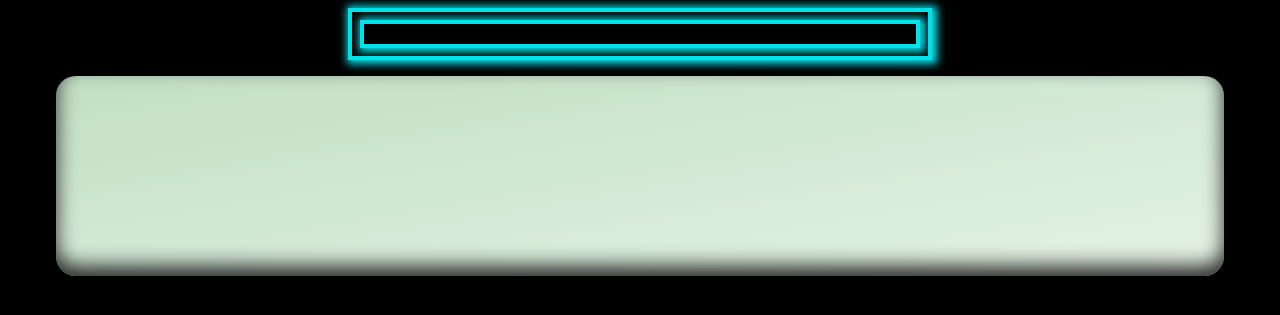
Repository: KhangNguyen3006/WebUI-UX
Page: /
An editor plug-in stored every save of this project. The page is shown before and after the next save, followed by the edit.
The browser window is 1280 px wide. The pictures show the whole page.
The project was rebuilt for these pictures with package versions that can differ from the ones it lists, and the page was loaded fresh each time. Also part of the build but not shown: src/App.css.

Above is the page before, as saved 2023-05-04 02:22:32.

After the next save:
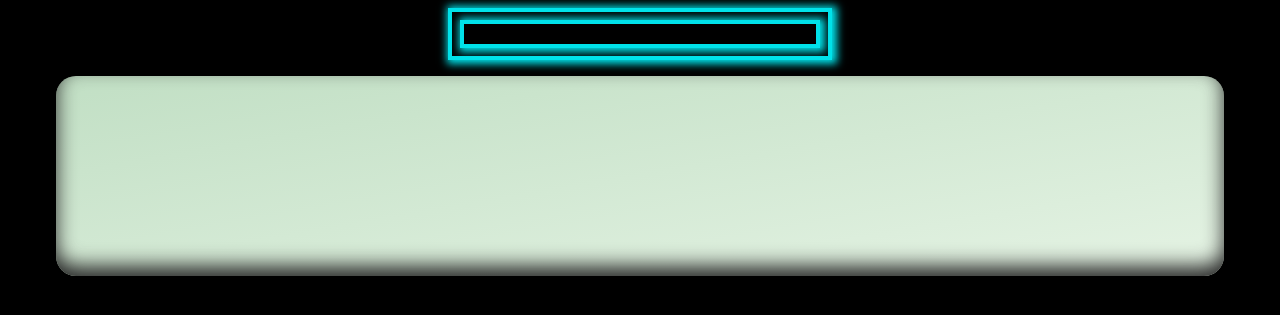
Saved 9 s later.
--- a/src/components/home/Home.jsx
+++ b/src/components/home/Home.jsx
@@ -5,7 +5,7 @@
     render() {
         return (
             <div className='w-1200'>
-                <Col sm={6}>
+                <Col lg={4} sm={6}>
                     <div className="rectangle p-2 m-2">
                         <div className="rectangle-mini">
                         </div>

After the save that followed:
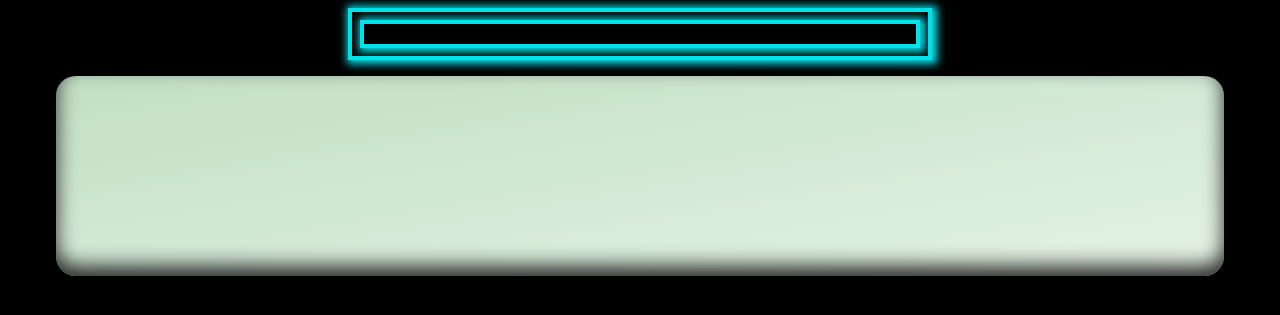
Saved 21 s later.
--- a/src/components/home/Home.jsx
+++ b/src/components/home/Home.jsx
@@ -5,7 +5,7 @@
     render() {
         return (
             <div className='w-1200'>
-                <Col lg={4} sm={6}>
+                <Col sm={6}>
                     <div className="rectangle p-2 m-2">
                         <div className="rectangle-mini">
                         </div>
